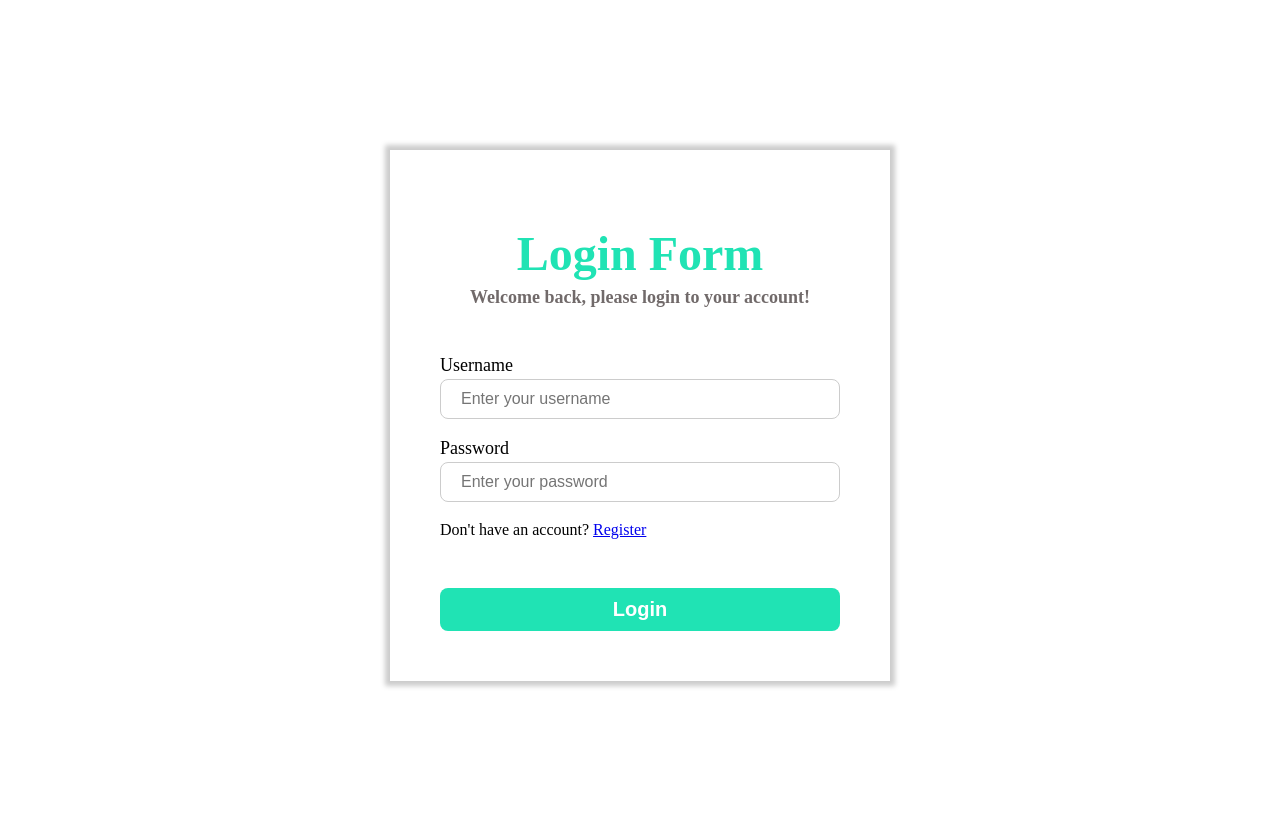
Repository: Trung0810/btl_cnpm_fe
Page: /
The author's editor kept a copy of each file at every save. The page is drawn from the files as they stood at one save, then again after the next save.
The browser window is 1280 px wide. The pictures show the whole page.
The project was rebuilt for these pictures with package versions that can differ from the ones it lists, and the page was loaded fresh each time. Also part of the build but not shown: src/components/header/header.css, src/components/header/Header.js, src/components/footer/Footer.css, src/components/footer/Footer.js, src/components/shoes_list/ShoesCard.css, src/components/shoes_list/ShoesCard.js, src/components/shoes_list/ShoesList.css, src/components/shoes_list/ShoesList.js and 14 more.

Above is the page before, as saved 2026-03-31 10:09:22.

### public/index.html
<!doctype html>
<html lang="en">
  <head>
    <meta charset="utf-8" />
    <link rel="icon" href="%PUBLIC_URL%/favicon.ico" />
    <meta name="viewport" content="width=device-width, initial-scale=1" />
    <meta name="theme-color" content="#000000" />
    <meta
      name="description"
      content="Web site created using create-react-app"
    />
    <link rel="apple-touch-icon" href="%PUBLIC_URL%/logo192.png" />
    <!--
      manifest.json provides metadata used when your web app is installed on a
      user's mobile device or desktop. See https://developers.google.com/web/fundamentals/web-app-manifest/
    -->
    <link rel="manifest" href="%PUBLIC_URL%/manifest.json" />
    <!--
      Notice the use of %PUBLIC_URL% in the tags above.
      It will be replaced with the URL of the `public` folder during the build.
      Only files inside the `public` folder can be referenced from the HTML.

      Unlike "/favicon.ico" or "favicon.ico", "%PUBLIC_URL%/favicon.ico" will
      work correctly both with client-side routing and a non-root public URL.
      Learn how to configure a non-root public URL by running `npm run build`.
    -->
    <link rel="preconnect" href="https://fonts.googleapis.com" />
    <link rel="preconnect" href="https://fonts.gstatic.com" crossorigin />
    <link
      href="https://fonts.googleapis.com/css2?family=DM+Sans:ital,opsz,wght@0,9..40,100..1000;1,9..40,100..1000&family=Oswald:wght@200..700&display=swap"
      rel="stylesheet"
    />
    <title>React App</title>
  </head>
  <body>
    <noscript>You need to enable JavaScript to run this app.</noscript>
    <div id="root"></div>
    <!--
      This HTML file is a template.
      If you open it directly in the browser, you will see an empty page.

      You can add webfonts, meta tags, or analytics to this file.
      The build step will place the bundled scripts into the <body> tag.

      To begin the development, run `npm start` or `yarn start`.
      To create a production bundle, use `npm run build` or `yarn build`.
    -->
  </body>
</html>

### src/index.js
import React from "react";
import ReactDOM from "react-dom/client";
import App from "./App";
import reportWebVitals from "./reportWebVitals";
import "./index.css";
import "./reset.css";
import "@fortawesome/fontawesome-free/css/all.min.css";

const root = ReactDOM.createRoot(document.getElementById("root"));
root.render(
  <React.StrictMode>
    <App />
  </React.StrictMode>,
);

// If you want to start measuring performance in your app, pass a function
// to log results (for example: reportWebVitals(console.log))
// or send to an analytics endpoint. Learn more: https://bit.ly/CRA-vitals
reportWebVitals();

### src/App.js
import { Fragment } from "react";
import Header from "./components/header/Header";
import Footer from "./components/footer/Footer";
import HomePage from "./components/home_page/HomePage";
import ShoesPage from "./components/shoes_page/ShoesPage";
import LoginForm from "./components/login_form/LoginForm";
import "./App.css";

function App() {
  return (
    <Fragment>
      {/* <Header></Header>
      <HomePage></HomePage>
      <ShoesPage></ShoesPage>
      <Footer></Footer> */}
      <LoginForm></LoginForm>
    </Fragment>
  );
}

export default App;

### src/index.css
body {
  margin: 0;
  font-family:
    -apple-system, BlinkMacSystemFont, "Segoe UI", "Roboto", "Oxygen", "Ubuntu",
    "Cantarell", "Fira Sans", "Droid Sans", "Helvetica Neue", sans-serif;
  -webkit-font-smoothing: antialiased;
  -moz-osx-font-smoothing: grayscale;
  font-family: "DM Sans", sans-serif;
}
body::-webkit-scrollbar {
  display: none;
}
code {
  font-family:
    source-code-pro, Menlo, Monaco, Consolas, "Courier New", monospace;
}
* {
  box-sizing: border-box;
}

### src/components/login_form/LoginForm.js
import React from "react";
import { useForm } from "react-hook-form";
import { yupResolver } from "@hookform/resolvers/yup";
import * as yup from "yup";
import "./LoginForm.css";

const LoginForm = () => {
  const schema = yup.object({
    username: yup
      .string()
      .required("Please enter your username!")
      .min(8, "Must be at least 8 characters!")
      .max(16, "Must be at most 16 characters!"),
    password: yup.string().required("Please enter your password!"),
  });

  const {
    register,
    handleSubmit,
    formState: { errors, isValid },
  } = useForm({
    mode: "onChange",
    resolver: yupResolver(schema),
  });

  const submit = (values) => {
    console.log(values);
  };

  return (
    <form className="login-form" onSubmit={handleSubmit(submit)}>
      <h2 className="login-form-title">Login Form</h2>
      <h3 className="login-form-desc">
        Welcome back, please login to your account!
      </h3>
      <div className="login-form-wrapper">
        <label htmlFor="username">Username</label>
        <input
          type="text"
          id="username"
          className="login-form-input"
          placeholder="Enter your username"
          {...register("username")}
        />
        {errors.username && (
          <div className="login-form-error">{errors.username.message}</div>
        )}
      </div>
      <div className="login-form-wrapper">
        <label htmlFor="password">Password</label>
        <input
          type="text"
          id="password"
          className="login-form-input"
          placeholder="Enter your password"
          {...register("password")}
        />
        {errors.password && (
          <div className="login-form-error">{errors.password.message}</div>
        )}
      </div>
      <div className="login-form-option">
        <p>
          Don't have an account? <a href="#">Register</a>
        </p>
      </div>
      <button
        type="submit"
        className="login-form-button"
        style={{ pointerEvents: isValid ? "" : "none" }}
      >
        Login
      </button>
    </form>
  );
};

export default LoginForm;

### src/App.css
input {
  display: block;
  font-size: 16px;
  font-weight: 500;
  padding: 10px 20px;
  border: 1px solid #ccc;
  border-radius: 8px;
  outline: none;
}
button {
  display: block;
  width: 200px;
  padding: 10px 30px;
  font-size: 24px;
  font-weight: 500;
  border-radius: 8px;
  border: none;
  outline: none;
  cursor: pointer;
}

### src/components/login_form/LoginForm.css
.login-form {
  width: 500px;
  padding: 80px 50px 50px;
  margin: 150px auto;
  box-shadow: 0 0 5px 5px #ccc;
}
.login-form-title {
  font-size: 48px;
  font-weight: bold;
  color: #20e3b4;
  text-align: center;
  margin-bottom: 10px;
}
.login-form-desc {
  font-size: 18px;
  font-weight: bold;
  color: #716a6a;
  text-align: center;
  margin-bottom: 50px;
}
.login-form-wrapper {
  display: flex;
  flex-direction: column;
  row-gap: 5px;
  margin-bottom: 20px;
}
.login-form-wrapper label {
  font-size: 18px;
  font-weight: 500;
}
.login-form-input {
  width: 100%;
}
.login-form-error {
  font-weight: 500;
  color: #de4242;
}
.login-form-option {
  font-size: 16px;
}
.login-form-button {
  width: 100%;
  background-color: #20e3b4;
  font-size: 20px;
  font-weight: bold;
  color: #fff;
  margin-top: 50px;
}

### src/components/login_page/LoginPage.js
import React, { Fragment } from "react";
import LoginForm from "../login_form/LoginForm";

const LoginPage = () => {
  return (
    <Fragment>
      <button>Back to Homepage</button>
      <LoginForm></LoginForm>
    </Fragment>
  );
};

export default LoginPage;

Loaded but not shown: src/reportWebVitals.js (common file); src/reset.css (common file)

After the next save:
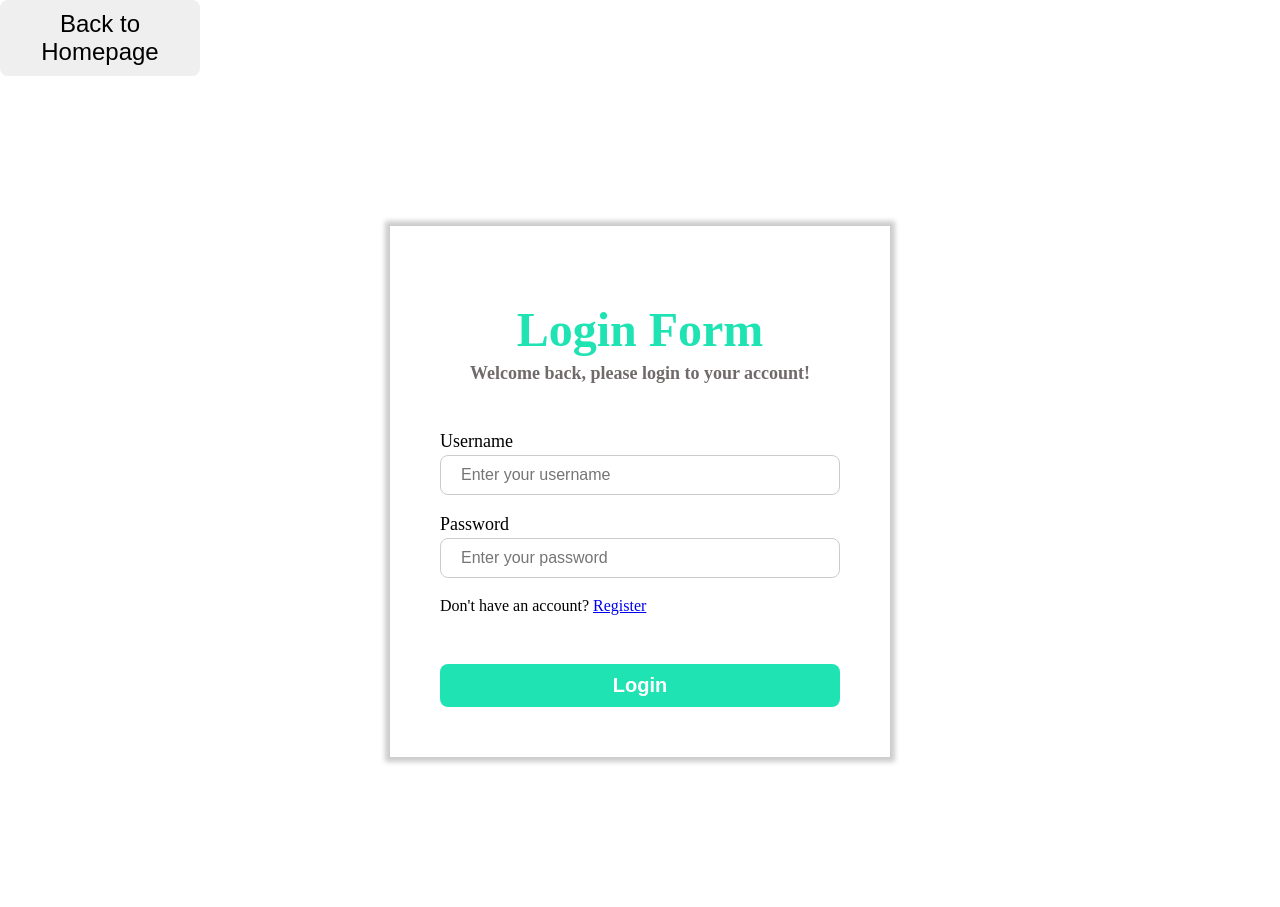
Saved 31 s later.
--- a/src/App.js
+++ b/src/App.js
@@ -5,6 +5,7 @@ import HomePage from "./components/home_page/HomePage";
 import ShoesPage from "./components/shoes_page/ShoesPage";
 import LoginForm from "./components/login_form/LoginForm";
 import "./App.css";
+import LoginPage from "./components/login_page/LoginPage";
 
 function App() {
   return (
@@ -13,7 +14,7 @@ function App() {
       <HomePage></HomePage>
       <ShoesPage></ShoesPage>
       <Footer></Footer> */}
-      <LoginForm></LoginForm>
+      <LoginPage></LoginPage>
     </Fragment>
   );
 }
